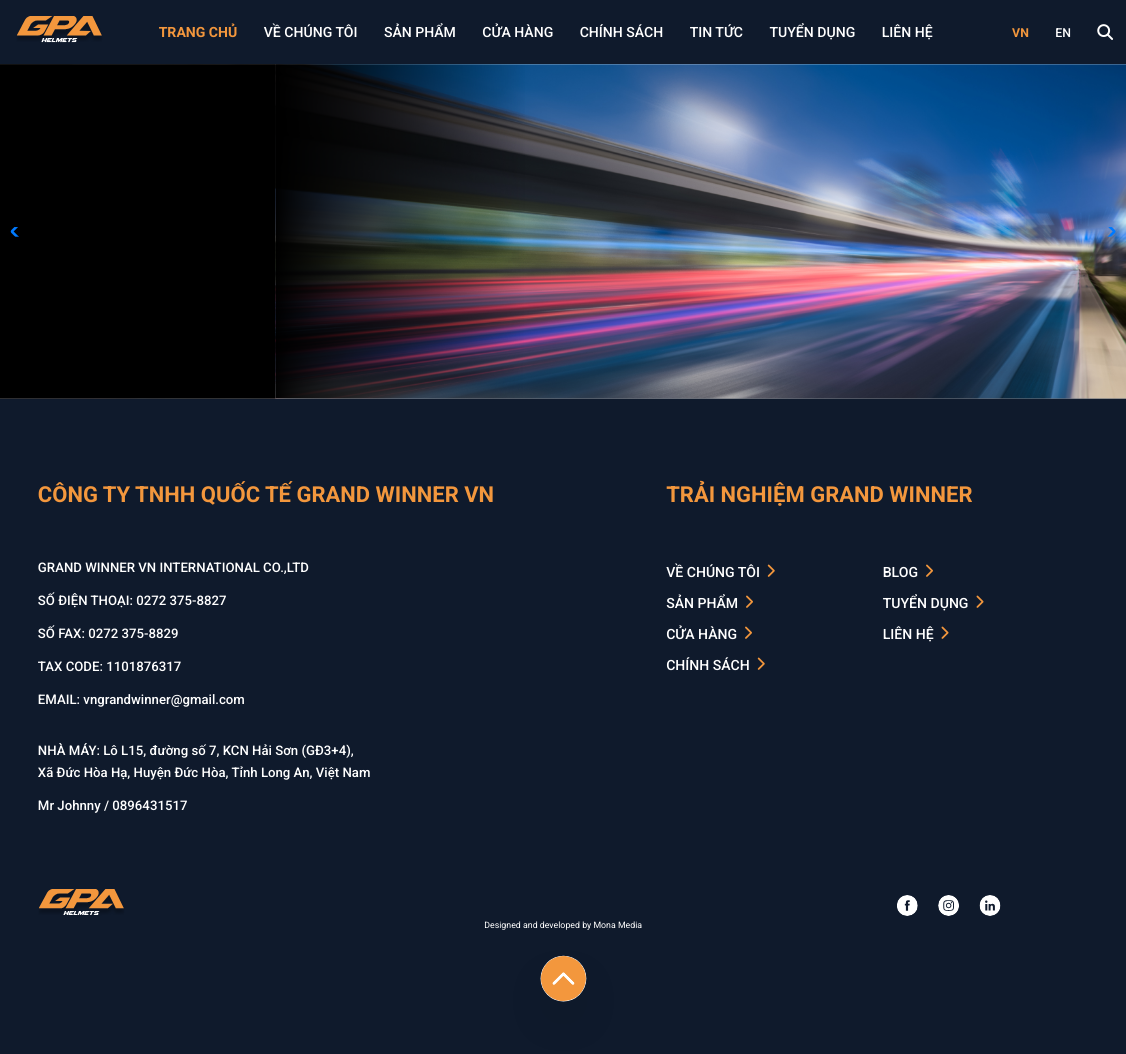
Repository: ThangNguyenT5/GrandWinner
Page: index.html
The author's editor kept a copy of each file at every save. The page is drawn from the files as they stood at one save, then again after the next save.
The browser window is 1280 px wide. The pictures show the whole page, at 88% of full size.
Pictures or frames that could not be fetched are drawn as grey boxes. Some web libraries are served in a nearby version.

Above is the page before, as saved 2023-03-28 13:55:29.

After the next save:
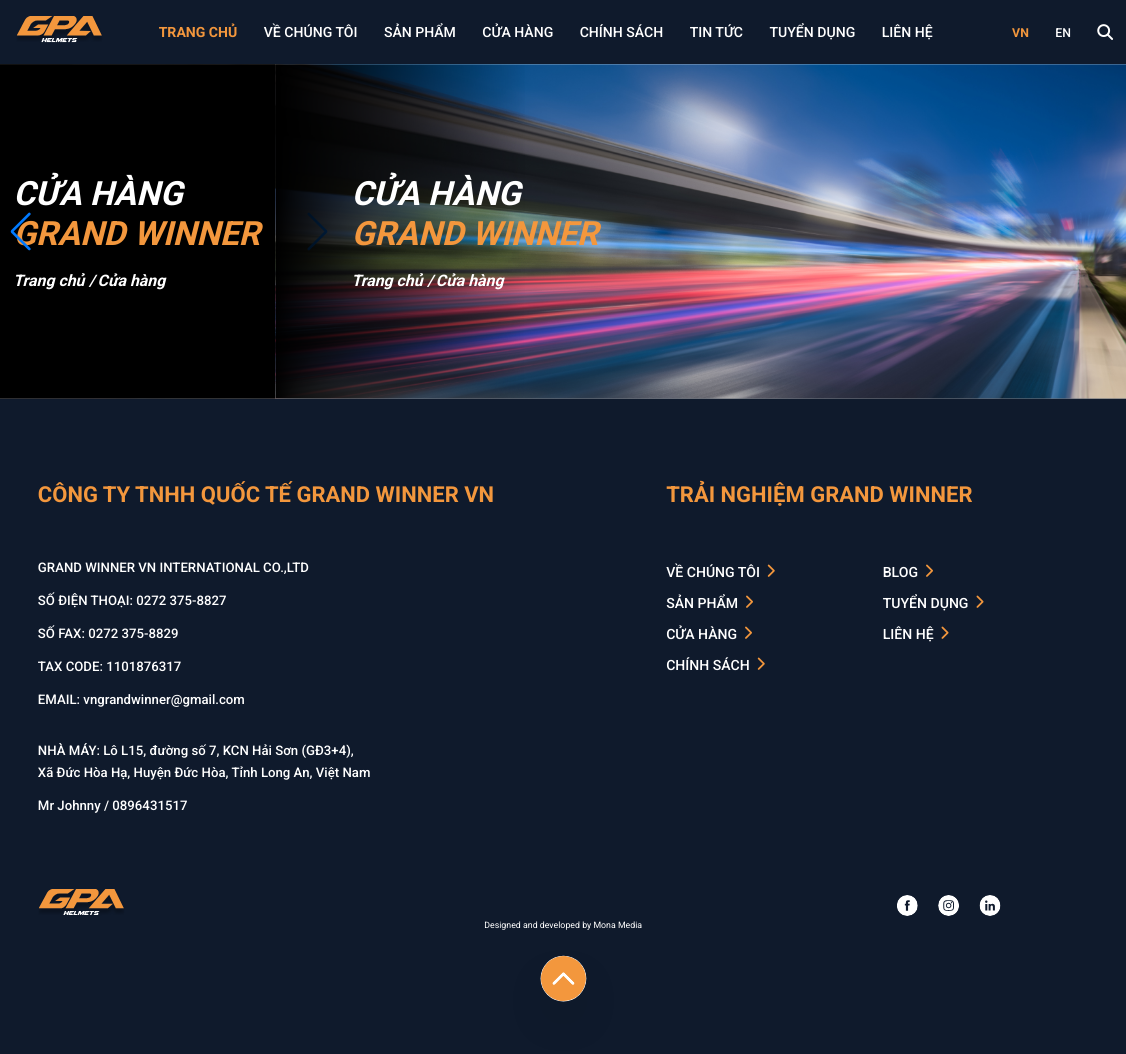
Saved 77 s later.
--- a/index.html
+++ b/index.html
@@ -120,9 +120,33 @@
             <div class="banner-page-img">
                 <img src="./assets/images/banner/banner-trangchu.png" alt="banner-cuahang">
             </div>
-            <div class="banner-page-content swiper mySwiper">
+            <div class="swiper mySwiper">
                 <div class="swiper-wrapper">
-                  <div class="swiper-slide">Slide 1</div>
+                  <div class="swiper-slide">
+                    <div class="banner-page-content">
+                        <div class="container">
+                            <div class="content">
+                                <div class="banner-page-tt" data-aos="fade-left">
+                                    <h2>
+                                        Cửa hàng
+                                        <br>
+                                        <span class="h1">GRAND WINNER</span>
+                                    </h2>
+                                </div>
+                                    <div class="breadcrumb" data-aos="fade-right">
+                                    <ul class="breadcrumb-list">
+                                        <li class="breadcrumb-item">
+                                            <a href="#">Trang chủ</a>
+                                        </li>
+                                        <li class="breadcrumb-item">
+                                            <a href="#">Cửa hàng</a>
+                                        </li>
+                                    </ul>
+                                </div>
+                            </div>
+                        </div>
+                    </div>
+                  </div>
                   <div class="swiper-slide">Slide 2</div>
                   <div class="swiper-slide">Slide 3</div>
                   <div class="swiper-slide">Slide 4</div>
@@ -138,7 +162,7 @@
             </div>
 
 
-            <!-- <div class="banner-page-content">
+            <div class="banner-page-content">
                 <div class="container">
                     <div class="content">
                         <div class="banner-page-tt" data-aos="fade-left">
@@ -160,7 +184,7 @@
                         </div>
                     </div>
                 </div>
-            </div> -->
+            </div>
         </div>
 
     </main>
